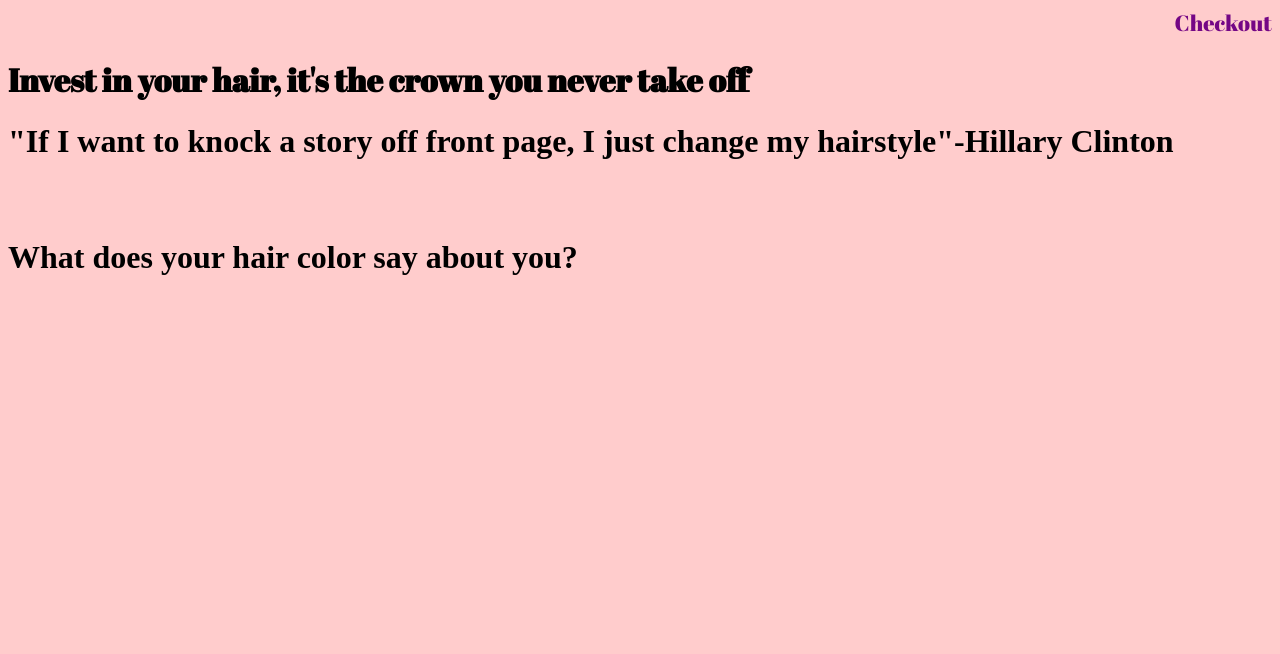
Repository: aarushi-07/Hair-and-Spa-booking-system
Page: http://localhost/salon/WEB-INF/jsp/hair.jsp
An editor plug-in stored every save of this project. The page is shown before and after the next save, followed by the edit.
The browser window is 1280 px wide. The pictures show the whole page.
The page is served by Tomcat 9. Nobody is signed in. Other server files are loaded and not shown. The template is opened directly, without the code that normally fills it, so the values that code supplies are empty.

Above is the page before, as saved 2020-07-10 07:49:11.

### salon/src/main/webapp/WEB-INF/jsp/hair.jsp
<%@ page import="java.io.*,java.util.*,java.sql.*"%>
<%@ page import="javax.servlet.http.*,javax.servlet.*"%>
<%@ taglib uri="http://java.sun.com/jsp/jstl/core" prefix="c"%>
<%@ taglib uri="http://java.sun.com/jsp/jstl/sql" prefix="sql"%>
<%@ page language="java" contentType="text/html; charset=ISO-8859-1"
	pageEncoding="ISO-8859-1"%>

<!DOCTYPE html>
<html>
<head>
<meta charset="ISO-8859-1">
<title>Haircut is all you need</title>
<link rel="stylesheet" href="../resources/css/all.css" />


<style>

table{
align:"center";
width: 70%;
}
th {
  text-align: centre;
}

@font-face {
	font-family: 'Abril Fatface';
	src : url("../resources/font/AbrilFatface-Regular.ttf");
}

@font-face{
    font-family: "Margarine";
    src: url("../resources/font/Margarine-Regular.ttf");
}

@font-face{
    font-family: "Nosifer";
    src: url("../resources/font/Nosifer-Regular.ttf");
}



</style>
</head>
<body>
	<div class="divSer">
		<a href="checkout">Checkout</a>
	</div>
	<h1 class="abril">Invest in your hair, it's the crown you never
		take off</h1>

	<h1 class="margerine">"If I want to knock a story off front page, I just change my
		hairstyle"-Hillary Clinton</h1>
	<table align="center" >

		<c:forEach items="${style}" var="h">
			<tr>
				<td><img src="${h.img}" width="240" height="300" /></td>
				<td>${h.type}</td>
				<td>${h.price}</td>

			</tr>
		</c:forEach>
	</table>

	<br>
	<br>

	<h1 class="divf">What does your hair color say about you?</h1>
	<table >



		<c:forEach items="${color}" var="c">
			<tr>
				<td>${c.type}</td>
				<td>${c.price}</td>
				<td><img src="${c.img }" width="240" height="300" /></td>

			</tr>
		</c:forEach>
	</table>

</body>
</html>

### salon/src/main/webapp/resources/css/all.css
@charset "ISO-8859-1";

@font-face{
    font-family: "Margarine";
    src: url("../resources/font/Margarine-Regular.ttf");
}

@font-face{
    font-family: "Abril Fatface";
    src: url("../resources/font/AbrilFatface-Regular.ttf");
}


@font-face{
    font-family: "Nosifer";
    src: url("../resources/font/Nosifer-Regular.ttf");
}

.nosifer{
	font-family: "Nosifer";
	text-align: center;
}

.abril {
	font-family: 'Abril Fatface';
}


.margarine {
	font-family: "Margarine";
}

.divSer {
	border: none;
	text-align: right;
	font-family: "Abril Fatface";
	font-size: 22px;
}

a:link {
	text-decoration: none;
	font-family: "Abril Fatface";
	font-size: 22px;
	color: #740685;
}

a:hover {
	 color: #002733;

}

body {
	 background-color: #ffcccc ;
}

.centered {
  position: absolute;
  top: 20%;
  left: 50%;
  transform: translate(-50%, -50%);
}

After the next save:
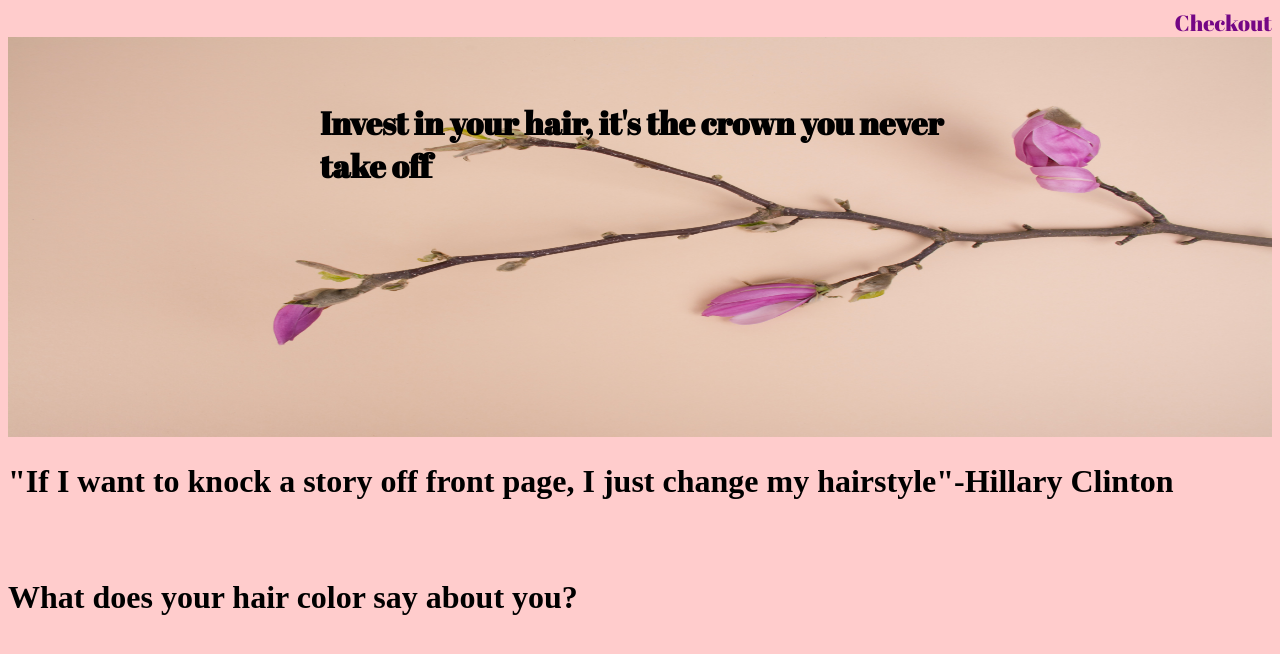
Saved 22 s later.
--- a/salon/src/main/webapp/WEB-INF/jsp/hair.jsp
+++ b/salon/src/main/webapp/WEB-INF/jsp/hair.jsp
@@ -46,8 +46,12 @@ th {
 	<div class="divSer">
 		<a href="checkout">Checkout</a>
 	</div>
-	<h1 class="abril">Invest in your hair, it's the crown you never
-		take off</h1>
+
+	<div class="abril">
+	<img src="../resources/images/bg.jpg" width=100% height=400px>
+	<div class="centered"><h1> Invest in your hair, it's the crown you never
+		take off </h1></div>
+	</div>
 
 	<h1 class="margerine">"If I want to knock a story off front page, I just change my
 		hairstyle"-Hillary Clinton</h1>
